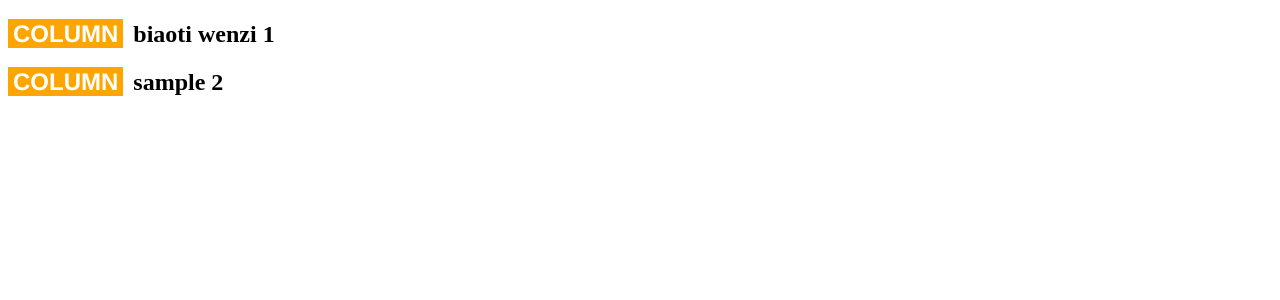
Repository: lixinso/html5
Page: workspace/CSS3/WebContent/selector_insert/selector_alt.html
These files come from the project's save history. The page is drawn as it stood at one moment and after the next save; the edit follows.
The browser window is 1280 px wide. The pictures show the whole page.

Above is the page before, as saved 2011-05-27 15:57:10.

After the next save:
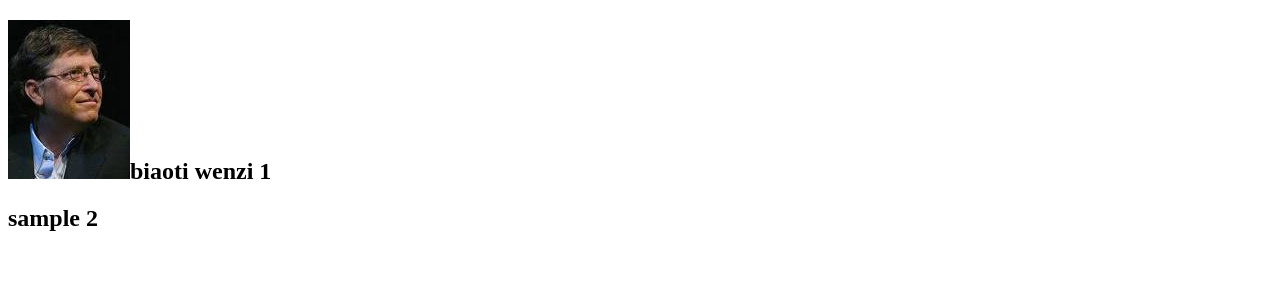
Saved 40 s later.
--- a/workspace/CSS3/WebContent/selector_insert/selector_alt.html
+++ b/workspace/CSS3/WebContent/selector_insert/selector_alt.html
@@ -5,13 +5,8 @@
 <meta http-equiv="Content-Type" content="text/html; charset=UTF-8" />
 <title>Insert title here</title>
 	<style type="text/css">
-		h2:before{
-			content: 'COLUMN';
-			color: white;
-			background-color: orange;
-			font-family: 'Comic Sans MS', Helvetica, sans-serif;
-			padding: 1px 5px;
-			margin-right: 10px;
+		h2.sample_a:before{
+			content:url(bill2.jpg)
 		}
 
 		h2.sample:before{
